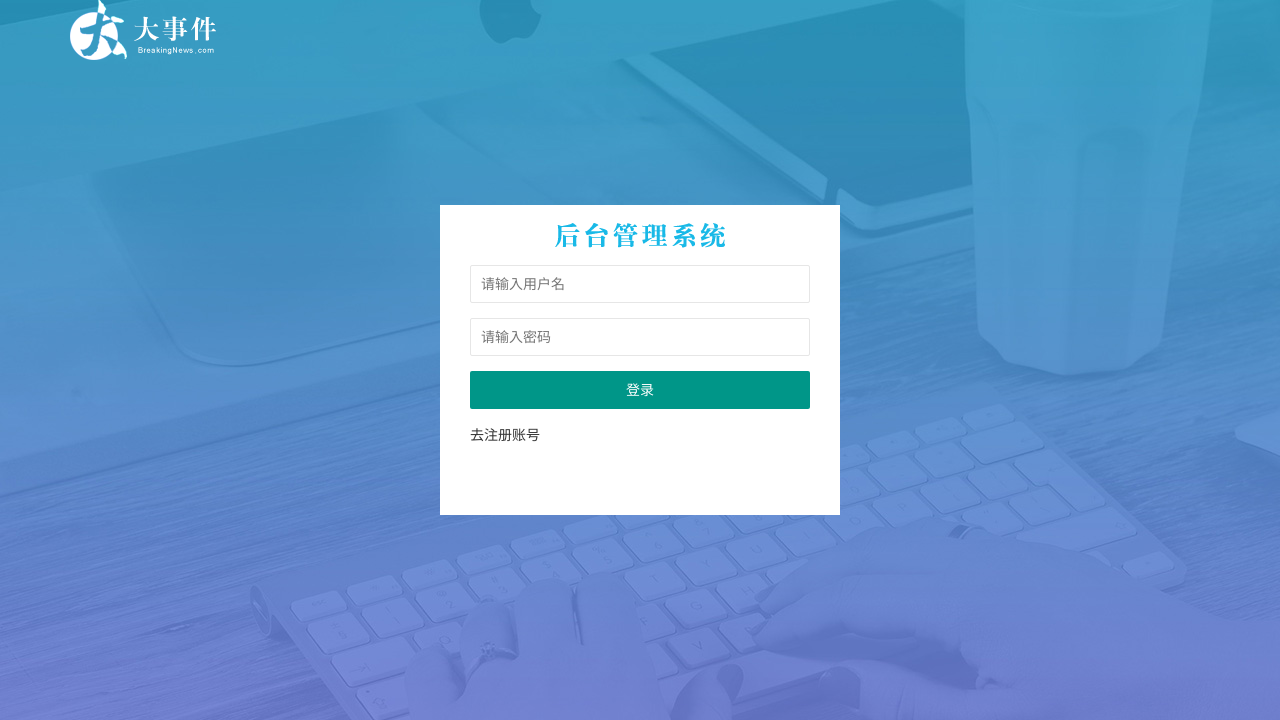
Repository: 1zhoukexin/web_aad
Page: login.html
These files come from the project's save history. The page is drawn as it stood at one moment and after the next save; the edit follows.
The browser window is 1280 px wide. The pictures show the whole page.

Above is the page before, as saved 2021-04-16 13:39:49.

### login.html
<!DOCTYPE html>
<html lang="en">

<head>
    <meta charset="UTF-8">
    <meta http-equiv="X-UA-Compatible" content="IE=edge">
    <meta name="viewport" content="width=device-width, initial-scale=1.0">
    <title>大事件-登录/注册</title>
    <link rel="stylesheet" href="/assets/lib/layui/css/layui.css">
    <link rel="stylesheet" href="assets/css/login.css">
</head>

<body>
    <!-- 头部的logo区域 -->
    <div class="layui-main">
        <img src="/assets/images/logo.png" alt="">
    </div>
    <!-- 登录注册区域 -->
    <div class="loginAndRegbox">
        <div class="title-box"></div>
        <!-- 登录 -->
        <div class="login-box">
            <!-- 登录的表单 -->
            <form class="layui-form" action="">
                <div class="layui-form-item">
                    <input type="text" name="username" required lay-verify="required" placeholder="请输入用户名" autocomplete="off" class="layui-input">
                </div>
                <div class="layui-form-item">
                    <input type="password" name="password" required lay-verify="required" placeholder="请输入密码" autocomplete="off" class="layui-input">
                </div>
                <!-- 按钮 -->
                <div class="layui-form-item">
                    <button class="layui-btn layui-btn-fluid" lay-submit>登录</button>
                </div>
                <div class="layui-form-item">
                    <a href="javascript:;" id="link_reg">去注册账号</a>
                </div>
            </form>
        </div>
        <!-- 注册 -->
        <div class="reg-box">
            <a href="javascript:;" id="link_login">去登录</a>
        </div>
    </div>

    <!-- 导入jquery -->
    <script src="/assets/lib/jquery.js"></script>
    <!-- 导入自己的js -->
    <script src="/assets/js/login.js"></script>
</body>

</html>

### assets/css/login.css
html,
body {
    margin: 0;
    padding: 0;
    width: 100%;
    height: 100%;
    background: url(/assets/images/login_bg.jpg) no-repeat center;
    background-size: cover;
}

.loginAndRegbox {
    width: 400px;
    height: 310px;
    background-color: #fff;
    position: absolute;
    left: 50%;
    top: 50%;
    transform: translate(-50%, -50%)
}

.title-box {
    height: 60px;
    background: url(/assets/images/login_title.png) no-repeat center;
}

.reg-box {
    display: none;
}

.layui-form {
    padding: 0 30px;
}

### assets/js/login.js
$(function() {
    //   点击去注册账号的链接
    $('#link_reg').on('click', function() {
        $('.login-box').hide()
        $('.reg-box').show()
    })

    //点击去登录的链接
    $('#link_login').on('click', function() {
        $('.login-box').show()
        $('.reg-box').hide()
    })


})

Loaded but not shown: assets/lib/layui/css/layui.css (library); assets/lib/jquery.js (library)

After the next save:
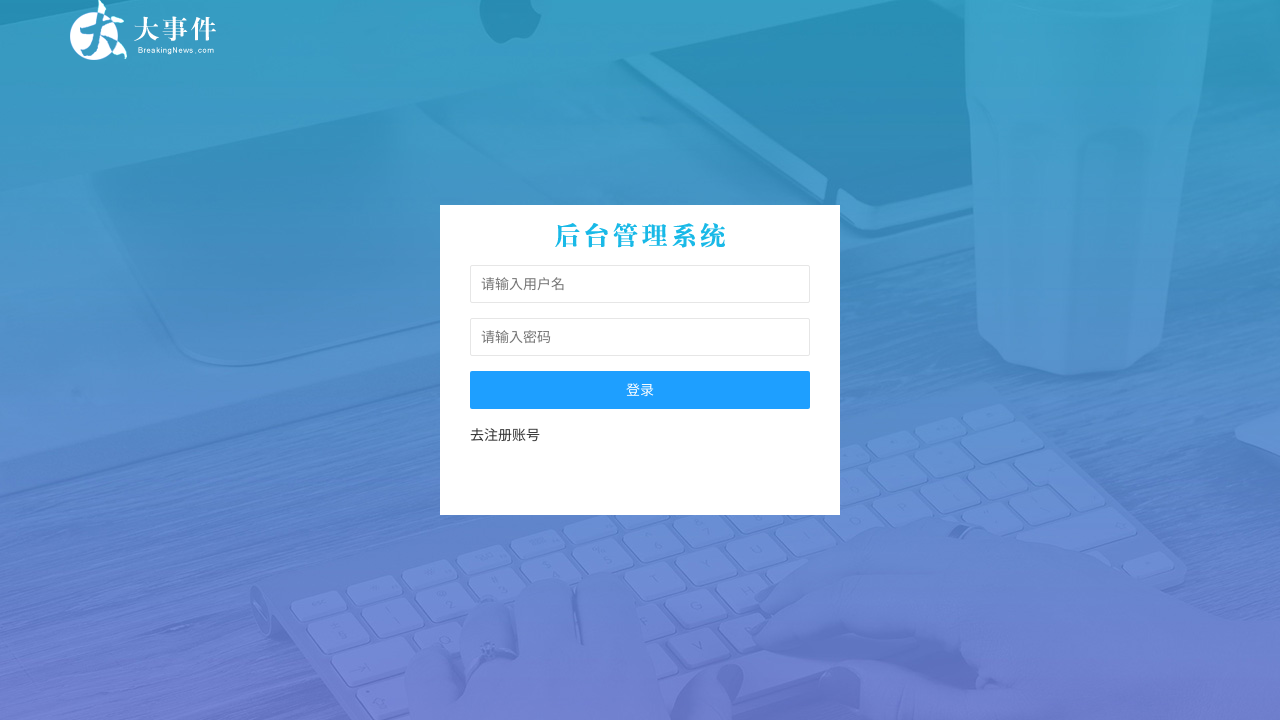
Saved 30 s later.
--- a/login.html
+++ b/login.html
@@ -30,7 +30,7 @@
                 </div>
                 <!-- 按钮 -->
                 <div class="layui-form-item">
-                    <button class="layui-btn layui-btn-fluid" lay-submit>登录</button>
+                    <button class="layui-btn layui-btn-fluid layui-btn-normal" lay-submit>登录</button>
                 </div>
                 <div class="layui-form-item">
                     <a href="javascript:;" id="link_reg">去注册账号</a>
